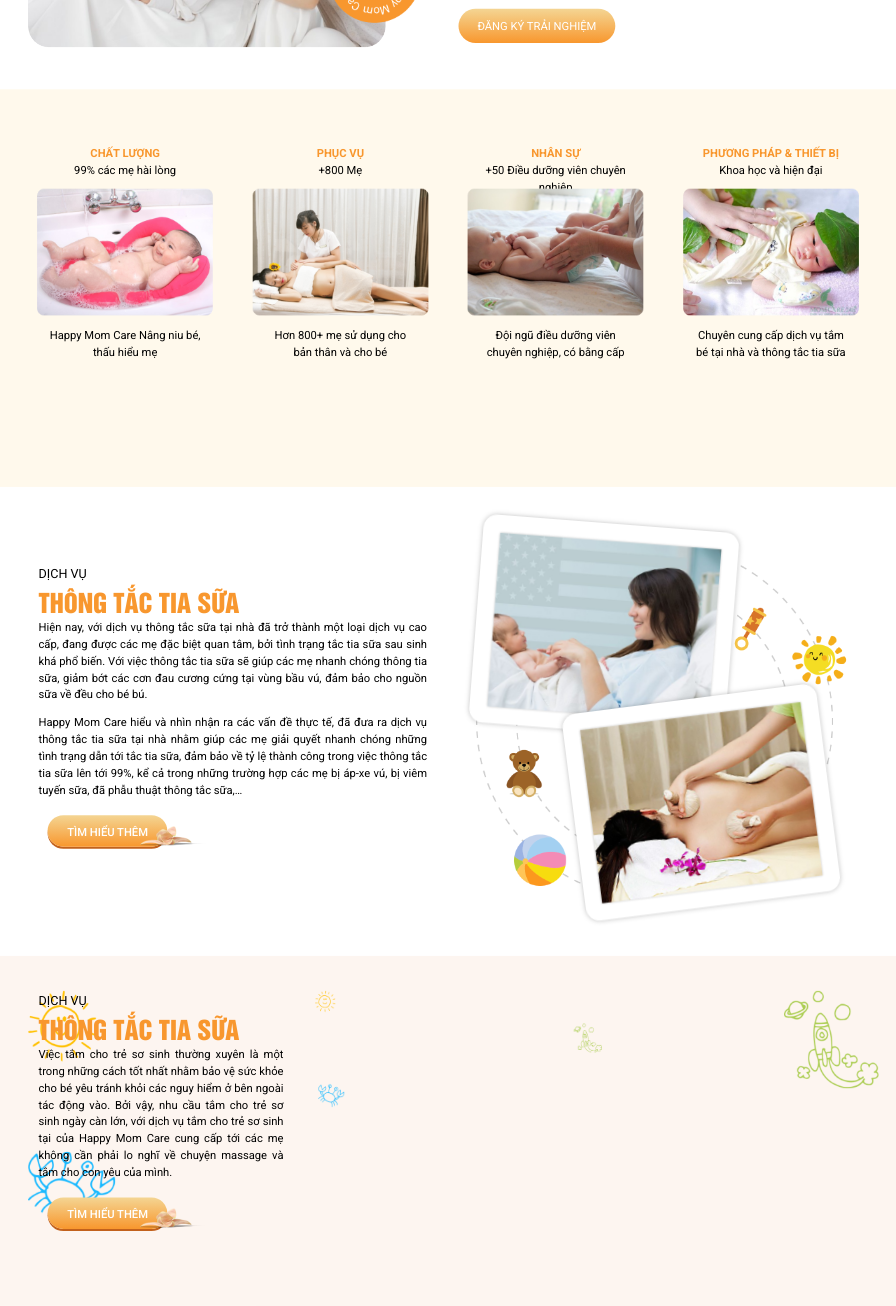
Repository: haianh12082001/happymom
Page: index.html
These files come from the project's save history. The page is drawn as it stood at one moment and after the next save; the edit follows.
The browser window is 1280 px wide. The pictures show the part of the page from y = 1541 to 3461 px (the page is 3407 px tall before and 3461 px after), at 70% of full size.
Some web libraries are served in a nearby version. The style sheet was rebuilt from its Sass, Less or Tailwind sources for each picture, by a compiler version that may differ from the author's.

Above is the page before, as saved 2021-11-16 10:57:33.

### index.html
<!DOCTYPE html>
<html lang="en">
    <head>
        <meta charset="UTF-8" />
        <meta http-equiv="X-UA-Compatible" content="IE=edge" />
        <meta name="viewport" content="width=device-width, initial-scale=1.0" />
        <title>Document</title>
        <link href="https://fonts.googleapis.com/css2?family=Roboto:wght@300;400;500;700;900&display=swap" rel="stylesheet" />
        <link rel="stylesheet" href="./assets/fonts/fontawesome-free-5.15.3/css/all.min.css" />
        <link
            rel="stylesheet"
            href="https://cdn.jsdelivr.net/npm/bootstrap@4.6.0/dist/css/bootstrap.min.css"
            integrity="sha384-B0vP5xmATw1+K9KRQjQERJvTumQW0nPEzvF6L/Z6nronJ3oUOFUFpCjEUQouq2+l"
            crossorigin="anonymous"
        />
        <link rel="stylesheet" href="./assets/css/app.css" />
    </head>
    <body>
        <div class="topbar">
            <div class="topbar__container container">
                <div class="topbar__logo">
                    <img src="./assets/img/logo.png" alt="" />
                </div>
                <div class="topbar__openTime">
                    <div class="openTime__text">Giờ mở cửa</div>
                    <div class="openTime__time">8h00 - 16h00</div>
                </div>
                <div class="topbar__seach">
                    <input type="text" name="" id="" placeholder="Tìm kiếm" />
                    <button class="button__seach">
                        <i class="fas fa-search r"></i>
                    </button>
                </div>
                <div class="topbar__hotline">
                    <div class="hotline__icon">
                        <img src="./assets/img/icon__phone.png" alt="" />
                    </div>
                    <div class="hotline__text">
                        <p class="hotline__text--top">Hotline:</p>
                        <p class="hotline__text--bottom">0944 430 977</p>
                    </div>
                </div>
                <div class="topbar__book">
                    <div class="book__icon">
                        <i class="fas fa-calendar-alt"></i>
                    </div>
                    <p class="book__text">Đặt lịch hẹn</p>
                </div>
            </div>
        </div>
        <header class="header">
            <div class="header__container container">
                <ul class="header__list">
                    <li class="header__item">
                        <a href="#" class="header__link">Trang chủ</a>
                    </li>
                    <li class="header__item">
                        <a href="#" class="header__link">Giới thiệu</a>
                    </li>
                    <li class="header__item">
                        <a href="#" class="header__link">Dịch vụ</a>
                    </li>
                    <li class="header__item">
                        <a href="#" class="header__link">Khoá học</a>
                    </li>
                    <li class="header__item">
                        <a href="#" class="header__link">Hệ thống đại lý</a>
                    </li>
                    <li class="header__item">
                        <a href="#" class="header__link">Tin tức</a>
                    </li>
                    <li class="header__item">
                        <a href="#" class="header__link">Liên hệ</a>
                    </li>
                </ul>
                <ul class="header__social">
                    <li>
                        <a href="#">
                            <i class="fab fa-facebook-f"></i>
                        </a>
                    </li>
                    <li>
                        <a href="#">
                            <i class="fab fa-twitter"></i>
                        </a>
                    </li>
                    <li>
                        <a href="#">
                            <i class="fab fa-google-plus-g"></i>
                        </a>
                    </li>
                    <li>
                        <a href="#">
                            <i class="fab fa-skype"></i>
                        </a>
                    </li>
                </ul>
            </div>
        </header>
        <section class="banner">
            <div class="banner__content">
                <div class="banner__img">
                    <img src="./assets/img/banner/Rectangle 28.png" alt="" />
                </div>
                <!-- <div class="banner__phone">
                    <div class="icon">
                        <i class="fas fa-phone-alt"></i>
                    </div>
                    <div class="text">0944 430 977</div>
                </div> -->
            </div>
        </section>
        <section class="bannerAdv">
            <div class="bannerAdv__container container">
                <div class="row">
                    <div class="bannerAdv__item col-lg-3">
                        <div class="bannerAdv__item--top">
                            <div class="text">01</div>
                            <img src="./assets/img/bannerAdv/pngwing 6.png" alt="" />
                        </div>
                        <div class="bannerAdv__item--bottom">
                            <div class="name">Uy tín</div>
                            <p class="des">Happy Mom Care với hệ thống hơn 50 Spa tại Việt Nam luôn sẵn sàng phục vụ khách hàng</p>
                        </div>
                    </div>
                    <div class="bannerAdv__item col-lg-3">
                        <div class="bannerAdv__item--top">
                            <div class="text">02</div>
                            <img src="./assets/img/bannerAdv/pngwing 8.png" alt="" />
                        </div>
                        <div class="bannerAdv__item--bottom">
                            <div class="name">Chuyên nghiệm</div>
                            <p class="des">Dịch vụ Spa mẹ và bé tại Happy Mom Care có hệ thống trang thiết bị chuyên nghiệp</p>
                        </div>
                    </div>
                    <div class="bannerAdv__item col-lg-3">
                        <div class="bannerAdv__item--top">
                            <div class="text">03</div>
                            <img src="./assets/img/bannerAdv/pngwing 9.png" alt="" />
                        </div>
                        <div class="bannerAdv__item--bottom">
                            <div class="name">An toàn</div>
                            <p class="des">Đúng quy trình chuẩn y khoa và sử dụng công nghệ cao trong Spa mang đến cho bạn những giải pháp an toàn nhất</p>
                        </div>
                    </div>
                    <div class="bannerAdv__item col-lg-3">
                        <div class="bannerAdv__item--top">
                            <div class="text">04</div>
                            <img src="./assets/img/bannerAdv/pngwing 10.png" alt="" />
                        </div>
                        <div class="bannerAdv__item--bottom">
                            <div class="name">Chất lượng</div>
                            <p class="des">Đội ngũ nhân viên chuyên nghiệp, có nhiều kinh nghiệm trong lĩnh vực Spa</p>
                        </div>
                    </div>
                </div>
            </div>
        </section>
        <section class="introduce">
            <div class="introduce__container container">
                <div class="row">
                    <div class="col-lg-6">
                        <div class="introduce__img">
                            <img src="./assets/img/Rectangle 33.png" alt="" />
                        </div>
                    </div>
                    <div class="col-lg-6">
                        <div class="introduce__heading">Về chúng tôi</div>
                        <div class="introduce__name">Happy mom care</div>
                        <div class="introduce__address">
                            <div class="introduce__address--img">
                                <img src="./assets/img/Ellipse 29.png" alt="" />
                            </div>
                            <div class="introduce__address--text">
                                <p>Spa Happy Mom Care</p>
                                <span>Số 8 Ngõ 21, Phố Việt Hưng, Long Biên, Hà Nội</span>
                            </div>
                        </div>
                        <div class="introduce__text">
                            <p>
                                Với hơn 30+ điều dưỡng viên có bằng cấp và kinh nghiệm lâu năm, Happy Mom Care mong muốn được phục vụ cho mẹ và bé khắp các quận
                                trong Hà Nội. Bao gồm các dịch vụ:
                            </p>
                            <ul class="text__list">
                                <li>Dịch vụ tắm cho trẻ sơ sinh tại nhà</li>
                                <li>Dịch vụ chăm sóc mẹ sau sinh tại nhà</li>
                                <li>Dịch vụ thông tắc tia sữa</li>
                            </ul>
                        </div>
                        <div class="introduce__btn">
                            <a href="">Đăng ký trải nghiệm</a>
                        </div>
                    </div>
                </div>
            </div>
        </section>
        <section class="blog">
            <div class="blog__container container">
                <div class="row">
                    <div class="blog__item col-lg-3">
                        <div class="blog__name">Chất lượng</div>
                        <div class="blog__subname">99% các mẹ hài lòng</div>
                        <div class="blog__img">
                            <img src="./assets/img/blog/Rectangle 35 (3).png" alt="" />
                        </div>
                        <div class="blog__des">Happy Mom Care Nâng niu bé, thấu hiểu mẹ</div>
                        <div class="blog__btn btn">
                            <a href="">Tìm hiểu thêm</a>
                            <img class="blog__btn--img" src="./assets/img/blog/plant 1.png" alt="" />
                        </div>
                    </div>
                    <div class="blog__item col-lg-3">
                        <div class="blog__name">Phục vụ</div>
                        <div class="blog__subname">+800 Mẹ</div>
                        <div class="blog__img">
                            <img src="./assets/img/blog/Rectangle 35 (4).png" alt="" />
                        </div>
                        <div class="blog__des">Hơn 800+ mẹ sử dụng cho bản thân và cho bé</div>
                        <div class="blog__btn btn">
                            <a href="">Tìm hiểu thêm</a>
                            <img class="blog__btn--img" src="./assets/img/blog/plant 1.png" alt="" />
                        </div>
                    </div>
                    <div class="blog__item col-lg-3">
                        <div class="blog__name">Nhân sự</div>
                        <div class="blog__subname">+50 Điều dưỡng viên chuyên nghiệp</div>
                        <div class="blog__img">
                            <img src="./assets/img/blog/Rectangle 35 (5).png" alt="" />
                        </div>
                        <div class="blog__des">Đội ngũ điều dưỡng viên chuyên nghiệp, có bằng cấp</div>
                        <div class="blog__btn btn">
                            <a href="">Tìm hiểu thêm</a>
                            <img class="blog__btn--img" src="./assets/img/blog/plant 1.png" alt="" />
                        </div>
                    </div>
                    <div class="blog__item col-lg-3">
                        <div class="blog__name">PHƯƠNG PHÁP & THIẾT BỊ</div>
                        <div class="blog__subname">Khoa học và hiện đại</div>
                        <div class="blog__img">
                            <img src="./assets/img/blog/Rectangle 35 (6).png" alt="" />
                        </div>
                        <div class="blog__des">Chuyên cung cấp dịch vụ tắm bé tại nhà và thông tắc tia sữa</div>
                        <div class="blog__btn btn">
                            <a href="">Tìm hiểu thêm</a>
                            <img class="blog__btn--img" src="./assets/img/blog/plant 1.png" alt="" />
                        </div>
                    </div>
                </div>
            </div>
        </section>
        <section class="serviceOne">
            <div class="serviceOne__container container">
                <div class="row">
                    <div class="col-lg-6 serviceOne__left">
                        <div class="service__title">Dịch vụ</div>
                        <div class="service__name">Thông tắc tia sữa</div>
                        <div class="service__text">
                            <p>
                                Hiện nay, với dịch vụ thông tắc sữa tại nhà đã trở thành một loại dịch vụ cao cấp, đang được các mẹ đặc biệt quan tâm, bởi tình
                                trạng tắc tia sữa sau sinh khá phổ biến. Với việc thông tắc tia sữa sẽ giúp các mẹ nhanh chóng thông tia sữa, giảm bớt các cơn
                                đau cương cứng tại vùng bầu vú, đảm bảo cho nguồn sữa về đều cho bé bú.
                            </p>
                            <p>
                                Happy Mom Care hiểu và nhìn nhận ra các vấn đề thực tế, đã đưa ra dịch vụ thông tắc tia sữa tại nhà nhằm giúp các mẹ giải quyết
                                nhanh chóng những tình trạng dẫn tới tắc tia sữa, đảm bảo về tỷ lệ thành công trong việc thông tắc tia sữa lên tới 99%, kể cả
                                trong những trường hợp các mẹ bị áp-xe vú, bị viêm tuyến sữa, đã phẫu thuật thông tắc sữa,…
                            </p>
                        </div>
                        <div class="service__btn btn">
                            <a href="">Tìm hiểu thêm</a>
                            <img class="service__btn--img" src="./assets/img/blog/plant 1.png" alt="" />
                        </div>
                    </div>
                    <div class="col-lg-6 serviceOne__right">
                        <div class="bigCircle__img">
                            <img src="./assets/img/serviceOne/Group 392.png" alt="" />
                        </div>
                        <div class="serviceOne__img--top">
                            <img src="./assets/img/serviceOne/Rectangle 37 (1).png" alt="" />
                        </div>
                        <div class="serviceOne__img--bottom">
                            <img src="./assets/img/serviceOne/Rectangle 38 (1).png" alt="" />
                        </div>
                    </div>
                </div>
            </div>
        </section>
        <section class="serviceTwo">
            <div class="serviceTwo__container container">
                <img class="serviceTwo__bg--img1" src="./assets/img/serviceTwo/image-home-2 1.png" alt="" />
                <img class="serviceTwo__bg--img2" src="./assets/img/serviceTwo/image-home-1 1.png" alt="" />
                <img class="serviceTwo__bg--img3" src="./assets/img/serviceTwo/image-home-3 1.png" alt="" />
                <div class="row">
                    <div class="serviceTwo__initial col-lg-4">
                        <div class="service__title">Dịch vụ</div>
                        <div class="service__name">Thông tắc tia sữa</div>
                        <div class="service__text">
                            <p>
                                Việc tắm cho trẻ sơ sinh thường xuyên là một trong những cách tốt nhất nhằm bảo vệ sức khỏe cho bé yêu tránh khỏi các nguy hiểm
                                ở bên ngoài tác động vào. Bởi vậy, nhu cầu tắm cho trẻ sơ sinh ngày càn lớn, với dịch vụ tắm cho trẻ sơ sinh tại của Happy Mom
                                Care cung cấp tới các mẹ không cần phải lo nghĩ về chuyện massage và tắm cho con yêu của mình.
                            </p>
                        </div>
                        <div class="service__btn btn">
                            <a href="">Tìm hiểu thêm</a>
                            <img class="service__btn--img" src="./assets/img/blog/plant 1.png" alt="" />
                        </div>
                    </div>
                    <div class="serviceTwo__middle col-lg-4">
                        <img src="./assets/img/serviceTwo/Group 392 (1).png" alt="" />
                    </div>
                    <div class="serviceTwo__end col-lg-4"></div>
                </div>
            </div>
        </section>
        <script type="text/javascript" src="https://code.jquery.com/jquery-1.11.0.min.js"></script>
        <script type="text/javascript" src="https://code.jquery.com/jquery-migrate-1.2.1.min.js"></script>
        <script
            src="https://cdnjs.cloudflare.com/ajax/libs/bootstrap/4.6.0/js/bootstrap.min.js"
            integrity="sha512-XKa9Hemdy1Ui3KSGgJdgMyYlUg1gM+QhL6cnlyTe2qzMCYm4nAZ1PsVerQzTTXzonUR+dmswHqgJPuwCq1MaAg=="
            crossorigin="anonymous"
            referrerpolicy="no-referrer"
        ></script>
        <script type="text/javascript" src="https://cdn.jsdelivr.net/npm/slick-carousel@1.8.1/slick/slick.min.js"></script>
        <script src="./assets/js/main.js"></script>
    </body>
</html>

### assets/sass/app.scss
@import "variables";
@import "reset";
@import "global";
@import "topbar";
@import "header";
@import "banner";
@import "bannerAdv";
@import "introduce";
@import "blog";
@import "service";

### assets/sass/_variables.scss
$font-family: "Roboto", sans-serif;
$color-global: #f8972e;
$text-color: #000000;

### assets/sass/_reset.scss
html {
    box-sizing: border-box;
    scroll-behavior: smooth;
}
* {
    margin: 0;
    padding: 0;
}
*,
*:before,
*:after {
    box-sizing: border-box;
}
input,
textarea,
select,
button {
    outline: none;
}
input {
    line-height: normal;
    outline: none;
    box-shadow: none;
}
input:focus {
    outline: 0;
    border: none;
    box-shadow: none;
}
ul,
li {
    margin: 0;
    padding: 0;
    list-style: none;
}
label,
button {
    cursor: pointer;
}
a {
    text-decoration: none;
    &:hover {
        text-decoration: none;
    }
}
img {
    display: block;
    max-width: 100%;
}

### assets/sass/_global.scss
@font-face {
    font-family: "UTM";
    font-display: swap;
    src: url("../fonts/word/UTM\ HelvetIns.ttf") format("truetype");
}
@font-face {
    font-family: "Time";
    font-display: swap;
    src: url("../fonts/word/timesbd.ttf") format("truetype");
}
body {
    font-family: $font-family;
    margin: 0;
    padding: 0;
    width: 100%;
    font-size: 16px;
    color: $text-color;
}
.container {
    max-width: 1230px;
    margin: 0 auto;
    padding: 0 15px;
}

### assets/sass/_header.scss
.header {
    // height: 59px;
    background: $color-global;
    &__container {
        display: flex;
        justify-content: space-between;
        align-items: center;
    }
    &__list {
        display: flex;
        justify-content: space-between;
        text-transform: uppercase;
        align-items: center;
        // column-gap: 66px;
    }
    &__item {
        margin-left: 66px;
        padding: 16px 0;
        &:first-child {
            margin-left: 0;
        }
    }
    &__link {
        color: #fff;
        font-weight: 500;
    }
    &__social {
        display: flex;
        align-items: center;
        li {
            width: 31px;
            height: 31px;
            background: #fff;
            border-radius: 50%;
            margin-left: 8px;
            i {
                display: flex;
                height: 100%;
                justify-content: center;
                align-items: center;
            }
        }
    }
}

### assets/sass/_banner.scss
.banner {
    position: relative;
    &__img img {
        width: 100%;
        max-height: 598px;
    }
    &__phone {
        color: #845522;
        display: flex;
        .text {
            font-family: "UTM";
        }
    }
}

### assets/sass/_bannerAdv.scss
.bannerAdv {
    background: #fff9ec;
    padding: 25px 0 60px;
    &__container {
    }
    &__item {
        padding: 0px 46px;
        display: flex;
        flex-direction: column;
        align-items: center;
        &--top {
            position: relative;
            display: inline-block;
            max-width: 180px;
            height: 207px;

            .text {
                color: #ffd7ab;
                font-size: 180px;
                font-weight: 700;
                font-family: "Time";
                line-height: 206px;
            }
            img {
                position: absolute;
                bottom: 10px;
                left: 50%;
                transform: translateX(-50%);
            }
        }
        &--bottom {
            text-align: center;
            .name {
                color: #845522;
                margin-bottom: 9px;
                font-weight: 900;
            }
        }
    }
}

### assets/sass/_blog.scss
.blog {
    padding-top: 40px;
    padding-bottom: 60px;
    background: #fff9ec;
    &__item {
        padding: 40px 28px 55px 28px;
    }
    &__name {
        text-align: center;
        text-transform: uppercase;
        color: $color-global;
        font-weight: 700;
    }
    &__subname {
        text-align: center;
        // margin-bottom: 13px;
        height: 38px;
    }
    &__des {
        text-align: center;
        padding: 17px;
        display: -webkit-box;
        -webkit-line-clamp: 2;
        -webkit-box-orient: vertical;
        overflow: hidden;
        text-overflow: ellipsis;
        word-break: break-word;
        // height: 59px;
    }
    &__btn {
        text-align: center;
        margin-top: 10px;
        position: relative;
        display: inherit;
        visibility: hidden;
        a {
            padding: 15px 28px 11px 28px;
            background: linear-gradient(180deg, #f4d593 0%, #f8972e 100%);
            border-radius: 50px;
            text-transform: uppercase;
            color: #fff;
            font-weight: 500;
            box-shadow: 0 3px 0px rgba($color: #c2611c, $alpha: 1);
        }
        &--img {
            position: absolute;
            bottom: 0;
            right: 0;
            transform: translateX(25%);
        }
    }
    &__item:hover {
        box-shadow: 0px 0px 20px rgba(239, 206, 168, 0.5);
        border-radius: 20px;
        .blog__btn {
            visibility: initial;
        }
    }
}

Loaded but not shown: assets/fonts/fontawesome-free-5.15.3/css/all.min.css (library); assets/sass/_introduce.scss (117 lines, source omitted); assets/sass/_topbar.scss (95 lines, source omitted); assets/sass/_service.scss (101 lines, source omitted); assets/js/main.js (no copy from this time; the picture is the same without it)

After the next save:
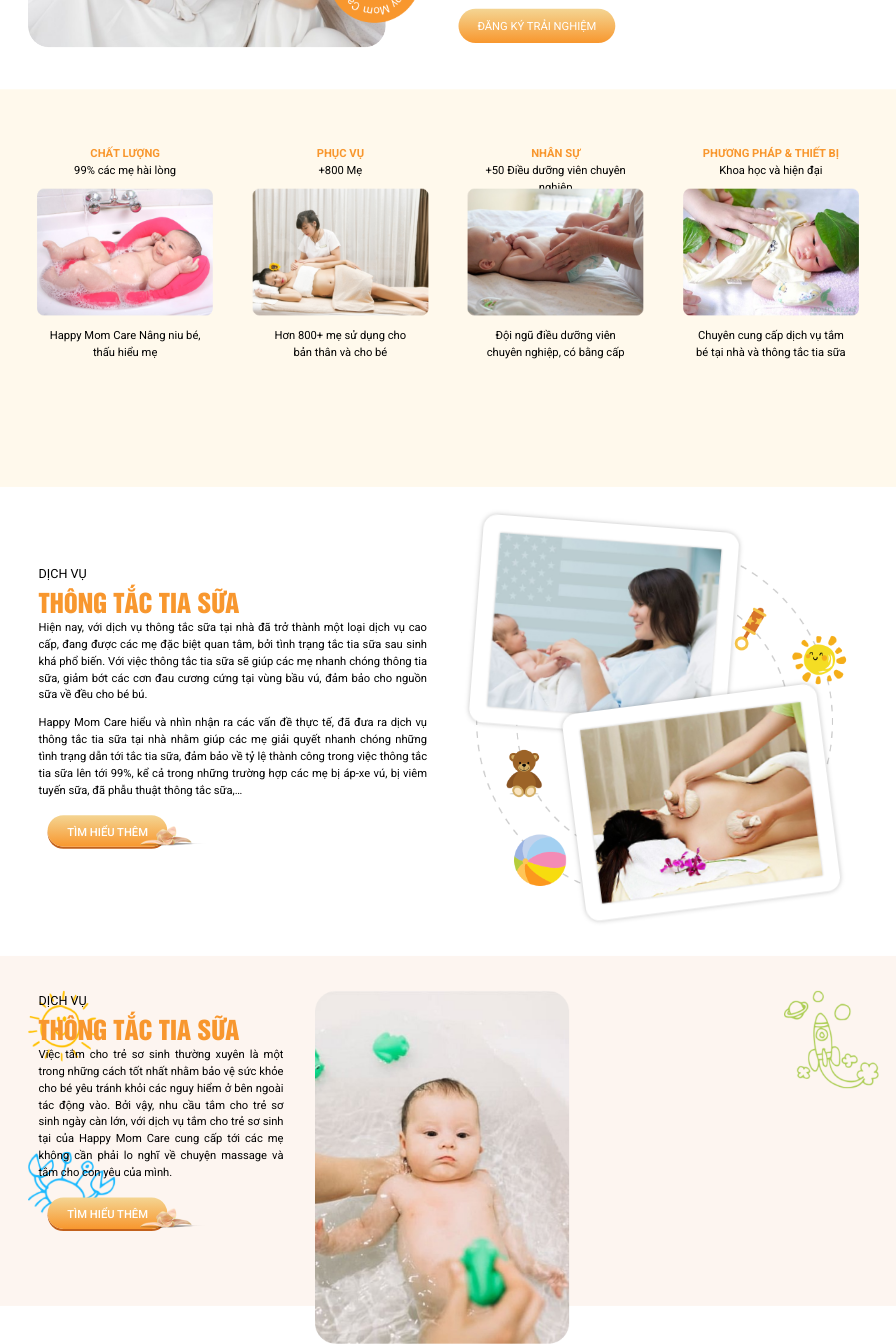
Saved 20 s later.
--- a/index.html
+++ b/index.html
@@ -307,7 +307,7 @@
                         </div>
                     </div>
                     <div class="serviceTwo__middle col-lg-4">
-                        <img src="./assets/img/serviceTwo/Group 392 (1).png" alt="" />
+                        <img src="./assets/img/serviceTwo/Rectangle 40.png" alt="" />
                     </div>
                     <div class="serviceTwo__end col-lg-4"></div>
                 </div>
